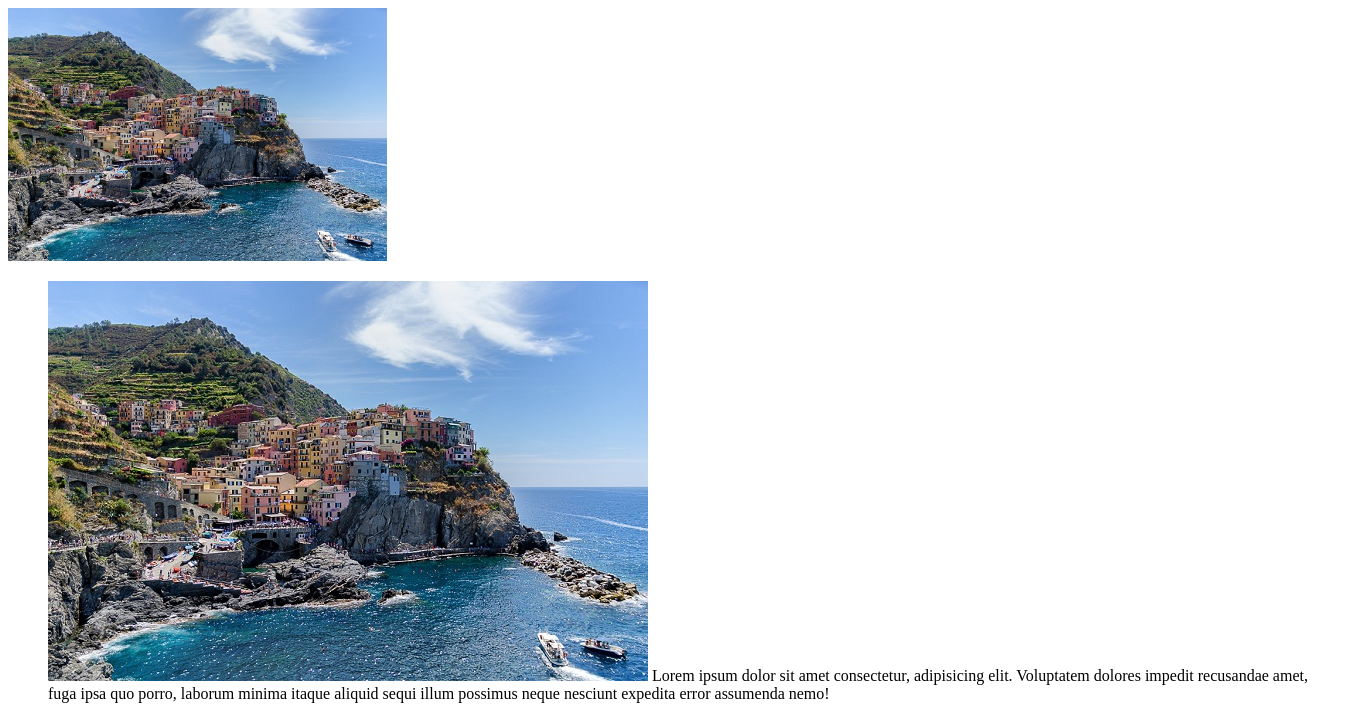
Repository: EmanuelUrbano/introducao_a_tecnologias
Page: 05_05_2022/dropdown_image/index.html
The author's editor kept a copy of each file at every save. The page is drawn from the files as they stood at one save, then again after the next save.
The browser window is 1280 px wide. The page is 1352 px wide, then 1280 px, so the pictures cover 1352 px, including what lies to the right of the window. The pictures show the whole page.

Above is the page before, as saved 2022-05-09 23:58:30.

### 05_05_2022/dropdown_image/index.html
<!DOCTYPE html>
<html lang="en">
<head>
    <meta charset="UTF-8">
   <link rel="stylesheet" href="style.css">
    <title>Dropdown image</title>
</head>
<body>
    <img src="./Banco de Imagens/img.jpg" alt="" class="imagem_pequena">
    <figure class="imagem_grande">
        <img src="./Banco de Imagens/img.jpg" alt="" >
        <figurecaption>Lorem ipsum dolor sit amet consectetur, adipisicing elit. Voluptatem dolores impedit recusandae amet, fuga ipsa quo porro, laborum minima itaque aliquid sequi illum possimus neque nesciunt expedita error assumenda nemo!</figurecaption>
    </figure>
</body>
</html>

### 05_05_2022/dropdown_image/style.css
img.imagem_pequena{
    display:inline-block;
    height: auto;
    max-width: 30%;
}

figure.imagem_grande{
    display:inline-block;
    height: auto;
    min-width: 100%;
}

After the next save:
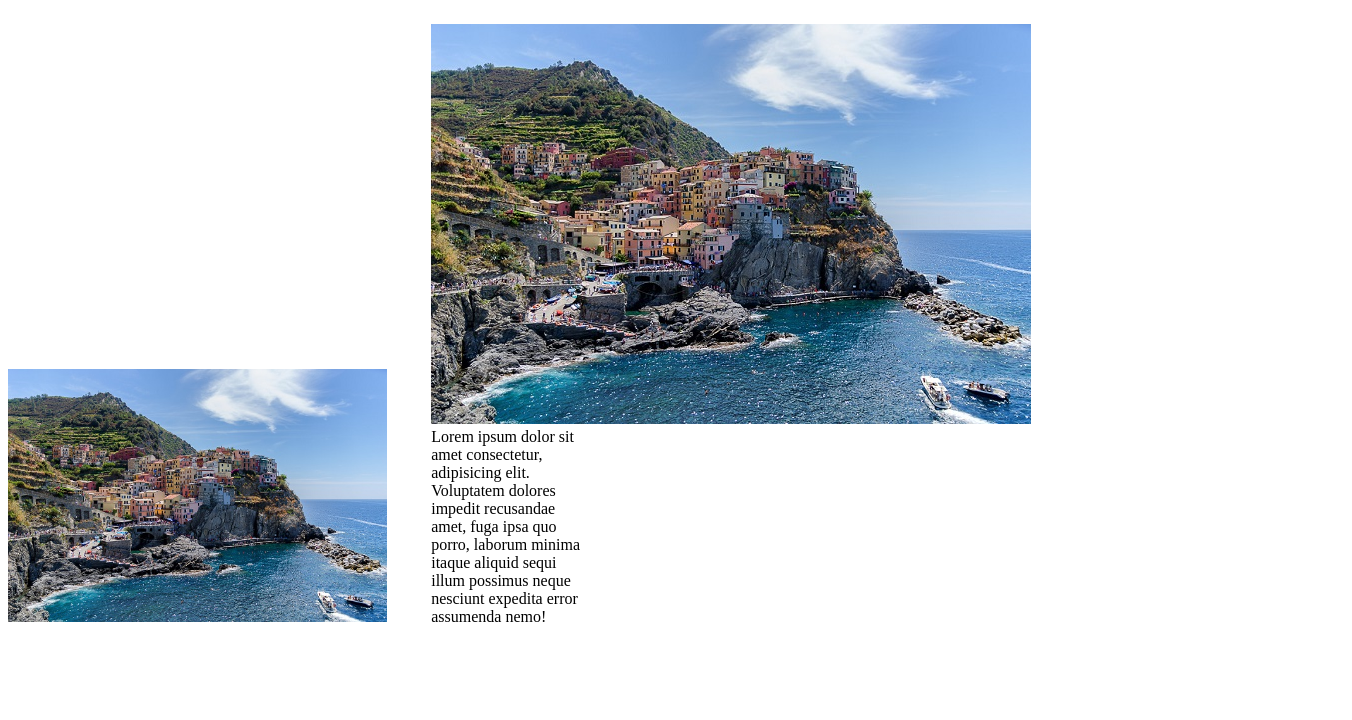
Saved 20 s later.
--- a/05_05_2022/dropdown_image/style.css
+++ b/05_05_2022/dropdown_image/style.css
@@ -7,5 +7,5 @@ img.imagem_pequena{
 figure.imagem_grande{
     display:inline-block;
     height: auto;
-    min-width: 100%;
+    max-width: 150px;
 }
